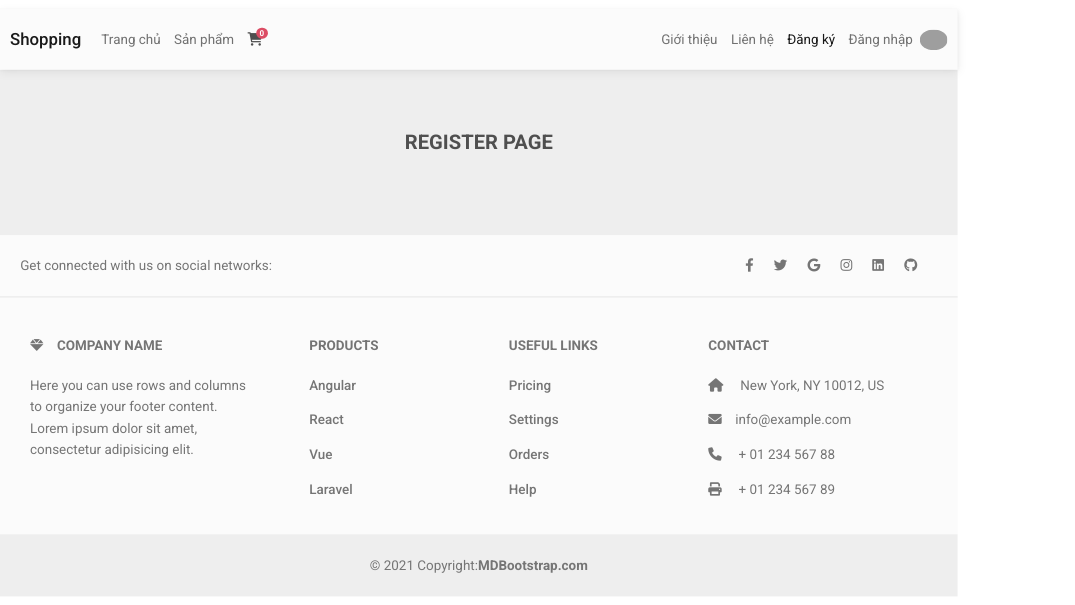
Repository: TinhTT336/MD02_Session10
Page: /register
An editor plug-in stored every save of this project. The page is shown before and after the next save, followed by the edit.
The browser window is 1280 px wide. The pictures show the whole page, at 84% of full size.
Pictures or frames that could not be fetched are drawn as grey boxes. Some web libraries are served in a nearby version. The project was rebuilt for these pictures with package versions that can differ from the ones it lists, and the page was loaded fresh each time. Also part of the build but not shown: vite.config.js, src/pages/Home.jsx, src/common/formatMoney.js, src/actions/cartActions.js, src/pages/ListProduct.jsx, src/pages/Cart.jsx, src/components/base/backtop/backtop.css, src/components/base/backtop/BackToTop.jsx and 11 more.

Above is the page before, as saved 2023-09-08 17:28:02.

### index.html
<!DOCTYPE html>
<html lang="en">
  <head>
    <meta charset="UTF-8" />
    <link rel="icon" type="image/svg+xml" href="/vite.svg" />
    <meta name="viewport" content="width=device-width, initial-scale=1.0" />
    <title>Vite + React</title>
    <!-- Font Awesome -->
    <link
      href="https://cdnjs.cloudflare.com/ajax/libs/font-awesome/6.0.0/css/all.min.css"
      rel="stylesheet"
    />
    <!-- Google Fonts -->
    <link
      href="https://fonts.googleapis.com/css?family=Roboto:300,400,500,700&display=swap"
      rel="stylesheet"
    />
    <!-- MDB -->
    <link
      href="https://cdnjs.cloudflare.com/ajax/libs/mdb-ui-kit/6.4.1/mdb.min.css"
      rel="stylesheet"
    />
  </head>
  <body>
    <div id="root"></div>
    <script type="module" src="/src/main.jsx"></script>
    <script
      type="text/javascript"
      src="https://cdnjs.cloudflare.com/ajax/libs/mdb-ui-kit/6.4.1/mdb.min.js"
    ></script>
  </body>
</html>

### src/main.jsx
import React from 'react'
import ReactDOM from 'react-dom/client'
import App from './App.jsx'
import './index.css'
import { BrowserRouter } from 'react-router-dom'
import { Provider } from 'react-redux'
import { createStore } from 'redux'
import { reducer } from './reducers/index.js'

const store = createStore(reducer)
ReactDOM.createRoot(document.getElementById('root')).render(
  <React.StrictMode>
    <BrowserRouter>
      <Provider store={store}>
        <App />
      </Provider>
    </BrowserRouter>
  </React.StrictMode>,
)

### src/App.jsx

import { Route, Routes, useLocation } from 'react-router-dom'
import './App.css'
import Home from './pages/Home'
import ListProduct from './pages/ListProduct'
import Cart from './pages/Cart'
import About from './pages/About'
import Contact from './pages/Contact'
import Register from './pages/Register'
import Login from './pages/Login'
import ProductDetail from './pages/ProductDetail'
import { useEffect } from 'react'
import PrivateRouter from './pages/private/PrivateRouter'
import HomeAdmin from './pages/private/HomeAdmin'
import ManagerProduct from './pages/private/ManagerProduct'
import ManagerUser from './pages/private/ManagerUser'

function App() {
  const location = useLocation();
  useEffect(() => {
    window.scrollTo({ top: 0, behavior: "smooth" });
  }, [location.pathname])
  return (
    <>
      <Routes>
        {/* Router ai cung co the truy cap */}
        <Route path='/' element={<Home />}></Route>
        <Route path='/list-product' element={<ListProduct />}></Route>
        <Route path='/product/:id' element={<ProductDetail />}></Route>
        <Route path='/cart' element={<Cart />}></Route>
        <Route path='/about' element={<About />}></Route>
        <Route path='/contact' element={<Contact />}></Route>
        <Route path='/register' element={<Register />}></Route>
        <Route path='/login' element={<Login />}></Route>
        <Route path='/product-detail' element={<ProductDetail />}></Route>

        {/* Router chi admin moi co the truy cap */}
        <Route path='/admin' element={<PrivateRouter />}>
          {/* path ="/" duong dan tuyet doi */}
          <Route index element={<HomeAdmin />}></Route>
          <Route path='manager-product' element={<ManagerProduct />}></Route>
          <Route path='manager-user' element={<ManagerUser />}></Route>
        </Route>
      </Routes>
    </>
  )
}

export default App

### src/App.css
* {
  margin: 0;
  padding: 0;
  box-sizing: border-box;
}
/* .active {
  background-color: #efefef;
} */
/* body {
  max-width: 90%;
  margin: 0 auto;
} */

.nav-item .nav-link {
  padding: 15px;
}

.fa-cart-shopping {
  position: relative;
}

.fa-cart-shopping + span {
  position: absolute;
  top: -10px;
  right: -10px;
  background-color: red;
  color: white;
  border-radius: 50%;
  padding: 5px 10px;
}

### src/pages/Register.jsx
import React from 'react'
import Navbar from '../layouts/Navbar'
import Footer from '../layouts/Footer'

export default function Register() {
    return (
        <div>
            <Navbar />
            <section style={{ backgroundColor: "#eee" }}>
                <div className="text-center container py-5">
                    <h4 className="mt-4 mb-5">
                        <strong>REGISTER PAGE</strong>
                    </h4>
                </div>
            </section>
            <Footer />
        </div>
    )
}

### src/layouts/Navbar.jsx
import React from 'react'
import { useSelector } from 'react-redux'
import { Link, NavLink } from 'react-router-dom'

export default function Navbar() {
    const carts = useSelector(cart => cart.listCart);
    return (
        <div>
            <>
                {/* Navbar start */}
                {/* Navbar */}
                <nav className="navbar navbar-expand-lg navbar-light bg-light">
                    {/* Container wrapper */}
                    <div className="container-fluid">
                        {/* Toggle button */}
                        <button
                            className="navbar-toggler"
                            type="button"
                            data-mdb-toggle="collapse"
                            data-mdb-target="#navbarSupportedContent"
                            aria-controls="navbarSupportedContent"
                            aria-expanded="false"
                            aria-label="Toggle navigation"
                        >
                            <i className="fas fa-bars" />
                        </button>
                        {/* Collapsible wrapper */}
                        <div className="collapse navbar-collapse" id="navbarSupportedContent">
                            {/* Navbar brand */}
                            <a className="navbar-brand mt-2 mt-lg-0" >
                                {" "}
                                Shopping{" "}
                            </a>
                            {/* Left links */}
                            <ul className="navbar-nav me-auto mb-2 mb-lg-0">
                                <li className="nav-item">
                                    <NavLink to={"/"} className="nav-link" >
                                        Trang chủ
                                    </NavLink>
                                </li>
                                <li className="nav-item">
                                    <NavLink to={"/list-product"} className="nav-link" >
                                        Sản phẩm
                                    </NavLink>
                                </li>
                                <li className="nav-item">
                                    {/* Icon */}
                                    <Link to={"/cart"} className="text-reset me-3 nav-link" >
                                        <i className="fas fa-shopping-cart" />
                                        <span className="badge rounded-pill badge-notification bg-danger">
                                            {carts.length}
                                        </span>
                                    </Link>
                                </li>
                            </ul>
                            {/* Left links */}
                        </div>
                        {/* Collapsible wrapper */}
                        {/* Right elements */}
                        <div className="d-flex align-items-center">
                            <ul className="navbar-nav me-auto mb-2 mb-lg-0">
                                <li className="nav-item">
                                    <NavLink to={"/about"} className="nav-link" >
                                        Giới thiệu
                                    </NavLink>
                                </li>
                                <li className="nav-item">
                                    <NavLink to={"/contact"} className="nav-link" >
                                        Liên hệ
                                    </NavLink>
                                </li>
                                <li className="nav-item">
                                    <NavLink to={"/register"} className="nav-link" >
                                        Đăng ký
                                    </NavLink>
                                </li>
                                <li className="nav-item">
                                    <NavLink to={"/login"} className="nav-link" >
                                        Đăng nhập
                                    </NavLink>
                                </li>
                            </ul>
                            {/* Avatar */}
                            <div className="dropdown">
                                <a
                                    className="dropdown-toggle d-flex align-items-center hidden-arrow"

                                    id="navbarDropdownMenuAvatar"
                                    role="button"
                                    data-mdb-toggle="dropdown"
                                    aria-expanded="false"
                                >
                                    <img
                                        src="https://mdbcdn.b-cdn.net/img/new/avatars/2.webp"
                                        className="rounded-circle"
                                        height={25}
                                        alt="Black and White Portrait of a Man"
                                        loading="lazy"
                                    />
                                </a>
                                <ul
                                    className="dropdown-menu dropdown-menu-end"
                                    aria-labelledby="navbarDropdownMenuAvatar"
                                >
                                    <li>
                                        <a className="dropdown-item" >
                                            My profile
                                        </a>
                                    </li>
                                    <li>
                                        <a className="dropdown-item" >
                                            Settings
                                        </a>
                                    </li>
                                    <li>
                                        <a className="dropdown-item" >
                                            Logout
                                        </a>
                                    </li>
                                </ul>
                            </div>
                        </div>
                        {/* Right elements */}
                    </div>
                    {/* Container wrapper */}
                </nav>
                {/* Navbar end */}
            </>

        </div>
    )
}

### src/layouts/admin/sidebar/sidebar.css
/* .sidebar-admin {
  width: 230px;
  min-height: 100vh;
  color: #afafaf;
  padding: 5px;
}

.router-item {
  padding: 10px;
  border-bottom: 1px solid rgba(255, 255, 255, 0.1);
  cursor: pointer;
  transition: all.3s ease;
  color: #dfdcdc !important;
  font-size: 14px;
  font-weight: 600;
  display: flex;
  align-items: center;
  position: relative;
  z-index: 1;
  padding: 10px 20px 10px 20px;
  background-color: rgba(255, 255, 255, 0.1);
  border-radius: 5px;
  transition: all.3s ease;
  box-shadow: 0 1px 3px rgba(0, 0, 0, 0.12), 0 1px 2px rgba(0, 0, 0, 0.24);
}

.router-item:hover {
  background-color: rgba(255, 255, 255, 0.2);
  box-shadow: 0 14px 26px -12px rgba(0, 0, 0, 0.42),
    0 4px 23px 0px rgba(0, 0, 0, 0.12), 0 8px 10px -5px rgba(0, 0, 0, 0.2);
  color: #fff !important;
}

.router-item:hover.router-item-icon {
  color: #fff;
}

.router-item-icon {
  font-size: 20px;
  margin-right: 10px;
}

.router-item-title {
  font-size: 14px;
  font-weight: 600;
} */

.m-menu {
  width: 230px;
  background-color: #393a3d;
  color: #fff;
  overflow-y: auto;
}

.m-menu a {
  color: #efe3e3;
  text-decoration: none;
  cursor: pointer;
}

.m-logo-container {
  height: 56px;
  width: 230px;
  display: flex;
  align-items: center;
  /* justify-content: center; */
}

.m-logo-icon {
  height: 56px;
  width: 100%;
  border-right: 1px solid #dadada;
}

.m-menu-item {
  height: calc(100vh - 62px);
  overflow: auto;
}

.m-item-router {
  height: 50px;
  display: flex;
  align-items: center;
  padding-right: 14px;
  padding-left: 8px;
  border-left: 6px solid transparent;
  position: relative;
}

.m-item-router.active::before,
.m-item-router:hover::before {
  content: "";
  color: #fff;
  background: rgb(212, 215, 220);
  opacity: 0.2;
  width: calc(100% + 6px);
  height: 50px;
  left: -6px;
  top: 0px;
  position: absolute;
}

@media screen and (max-width: 600px) {
  .m-item-router .m-item-title {
    display: none;
  }

  .m-menu {
    width: 48px;
  }

  .m-logo-icon {
    height: 70px;
  }
  .collapse {
    left: 8px;
  }
  .collapse .m-item-title {
    display: none;
  }

  .m-navbar {
    height: 48px !important;
  }
}

.m-icon-15-fs {
  margin-right: 8px;
}

### src/components/base/button/Button.jsx
import React from 'react';
import "./button.css";

export default function Button({ title, size, type }) {
    const styleObj = {
        width: size,
    }
    return (
        <>
            <button style={styleObj} className={`t-button t-button-${type}`}>
                {title}
            </button>
        </>
    )
}

### src/pages/login.css
.form-container {
  border: 1px solid #dadada;
  padding: 20px;
  width: 400px;
  height: 500px;
  border-radius: 6px;
  box-shadow: 1px 4px 8px 2px rgba(0, 0, 0, 0.3);
}
.form-group {
  display: flex;
  flex-direction: column;
  margin-bottom: 8px;
}
.form-label {
  font-weight: 600;
  color: #000;
}
.form-input {
  height: 36px;
  padding: 0 16px;
  border-radius: 4px;
  outline: none;
  border: 1px solid #dadada;
}

### src/components/base/button/button.css
.t-button {
  height: 36px;
  border: 1px solid transparent;
  border-radius: 4px;
  padding: 0 16px;
  min-width: 80px;
  /* line-height: 36px; */
  cursor: pointer;
  background-color: #efefef;
}

.t-button-primary {
  background-color: rgba(51, 41, 162, 0.882);
  color: #eee;
}
.t-button-primary:hover {
  background-color: rgba(0, 0, 0, 0.9);
  color: #fff;
}
.t-button-primary:focus {
  background-color: rgba(0, 0, 0, 0.9);
  color: #fff;
}
.t-button-danger {
  background-color: #ff4d4f !important;
}
.t-button-danger:hover {
  background-color: #f5292c !important;
  color: #fff;
}
.t-button-danger:focus {
  background-color: #ef0d11 !important;
  color: #fff;
}

Loaded but not shown: src/index.css (common file); src/data/products.json (44 lines, source omitted); src/reducers/listCart.js (96 lines, source omitted); src/reducers/index.js (5 lines, source omitted); src/contrains/actionTypes.js (4 lines, source omitted); src/reducers/listProduct.js (4 lines, source omitted); src/layouts/Footer.jsx (153 lines, source omitted)

After the next save:
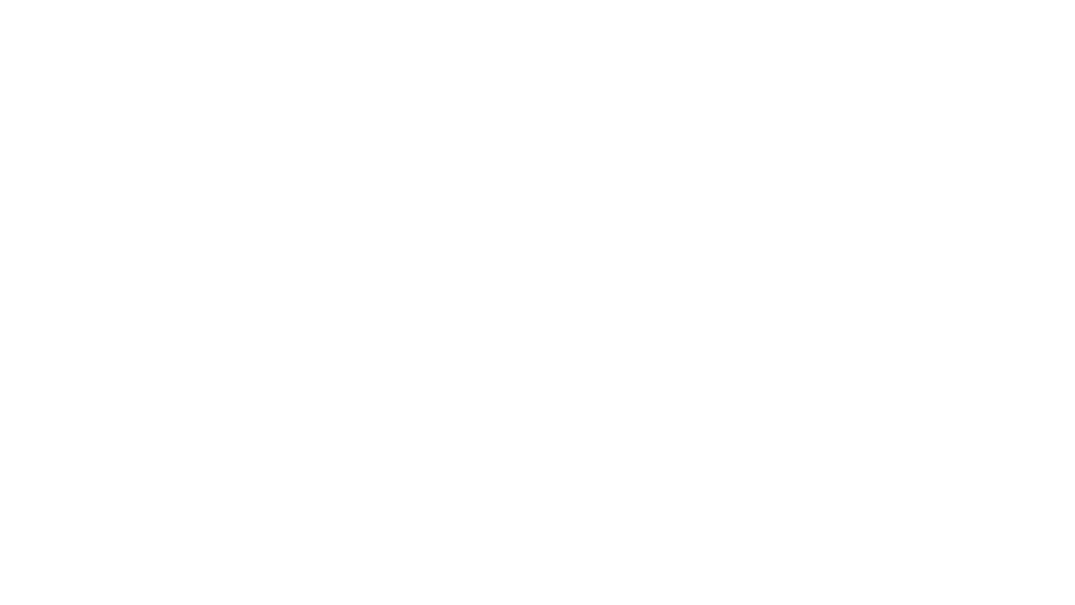
Console error: ReferenceError: Button is not defined
Saved 37 s later.
--- a/src/pages/Register.jsx
+++ b/src/pages/Register.jsx
@@ -6,13 +6,26 @@
     return (
         <div>
             <Navbar />
-            <section style={{ backgroundColor: "#eee" }}>
-                <div className="text-center container py-5">
-                    <h4 className="mt-4 mb-5">
-                        <strong>REGISTER PAGE</strong>
-                    </h4>
-                </div>
-            </section>
+            <div style={{ minHeight: "100vh", marginTop: 100 }} className='d-flex justify-content-center align-item-center'>
+                <form className='form-container'>
+                    <h3 className='form-heading text-center p-3'>FORM REGITER</h3>
+                    <div className='form-group mt-4'>
+                        <label className='form-label' htmlFor="email">Email</label>
+                        <input className='form-input' type="text" id="email" placeholder='Nhập email...' />
+                    </div>
+                    <div className='form-group mt-4'>
+                        <label className='form-label' htmlFor="password">Password</label>
+                        <input className='form-input' type="password" id="password" placeholder='Nhập mật khẩu...' />
+                    </div>
+                    <div className='mt-4'>
+                        <Button size="100%" title='Login' type='primary' />
+                    </div>
+                    <div className='mt-3 d-flex justify-content-between'>
+                        <Link to={"/"}>Quay lại trang chủ</Link>
+                        <Link>Quên mật khẩu</Link>
+                    </div>
+                </form>
+            </div>
             <Footer />
         </div>
     )

After the 4 saves that followed:
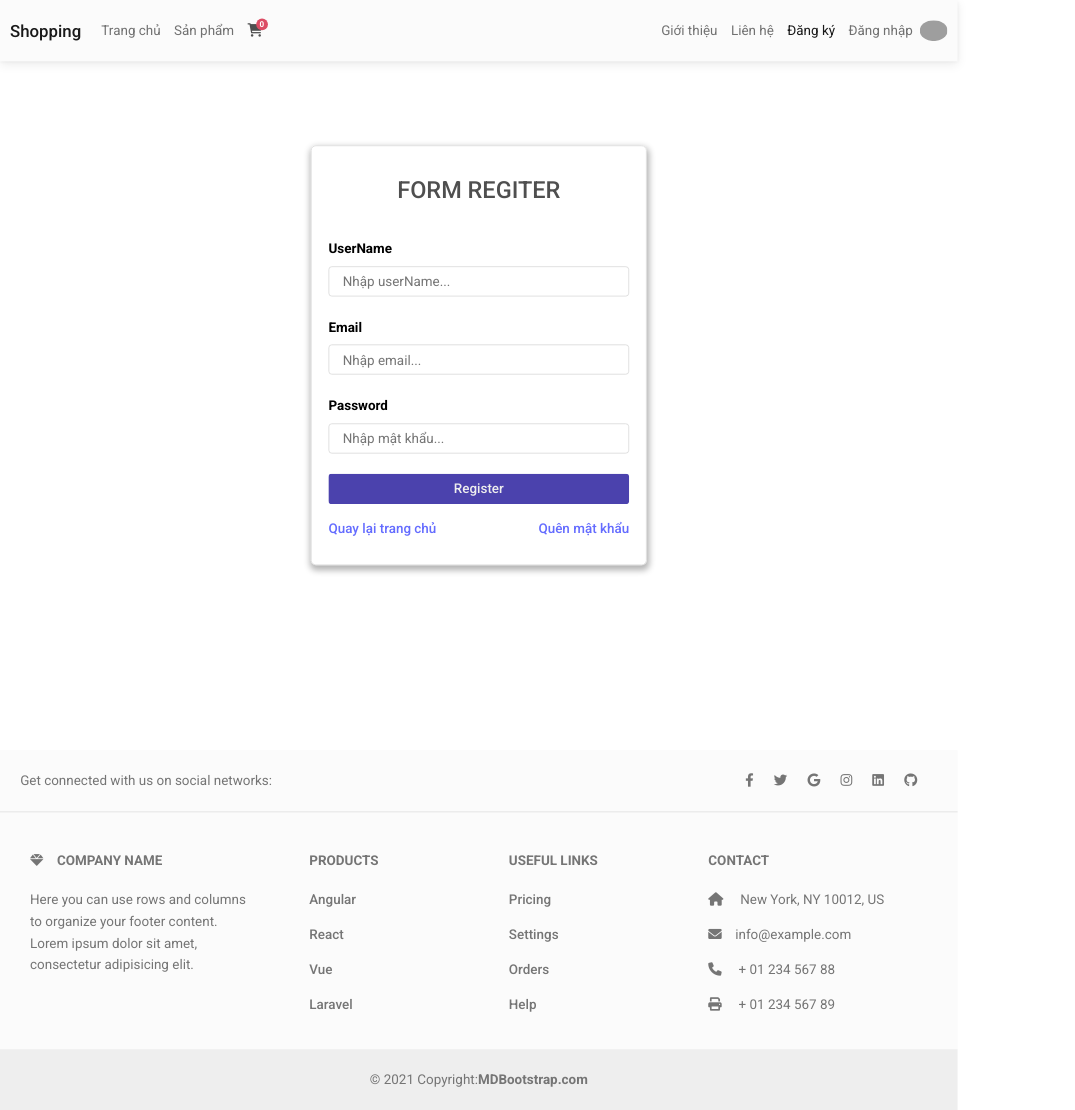
The error is gone.
The 4 saves are shown as one change because 3 left the picture as it was.
The last was saved 89 s later.
--- a/src/pages/Register.jsx
+++ b/src/pages/Register.jsx
@@ -1,6 +1,9 @@
 import React from 'react'
 import Navbar from '../layouts/Navbar'
 import Footer from '../layouts/Footer'
+import Button from "../components/base/button/Button";
+import { Link } from 'react-router-dom';
+
 
 export default function Register() {
     return (
@@ -10,6 +13,10 @@
                 <form className='form-container'>
                     <h3 className='form-heading text-center p-3'>FORM REGITER</h3>
                     <div className='form-group mt-4'>
+                        <label className='form-label' htmlFor="username">UserName</label>
+                        <input className='form-input' type="text" id="username" placeholder='Nhập userName...' />
+                    </div>
+                    <div className='form-group mt-4'>
                         <label className='form-label' htmlFor="email">Email</label>
                         <input className='form-input' type="text" id="email" placeholder='Nhập email...' />
                     </div>
@@ -18,7 +25,7 @@
                         <input className='form-input' type="password" id="password" placeholder='Nhập mật khẩu...' />
                     </div>
                     <div className='mt-4'>
-                        <Button size="100%" title='Login' type='primary' />
+                        <Button size="100%" title='Register' type='primary' />
                     </div>
                     <div className='mt-3 d-flex justify-content-between'>
                         <Link to={"/"}>Quay lại trang chủ</Link>
